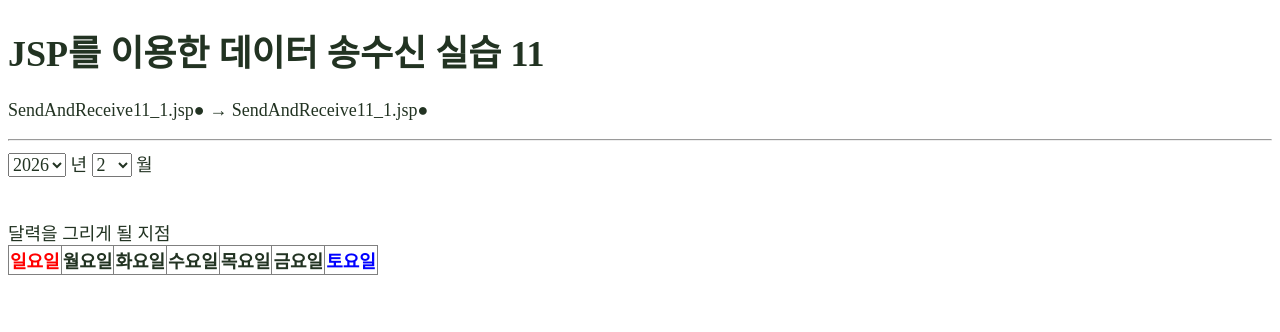
Repository: god5228god/Jsp
Page: http://localhost/WebApp06/SendAndReceive11_1.jsp
These files come from the project's save history. The page is drawn as it stood at one moment and after the next save; the edit follows.
The browser window is 1280 px wide. The pictures show the whole page.
The page is served by Tomcat 9.

Above is the page before, as saved 2026-03-04 05:23:07.

After the next save:
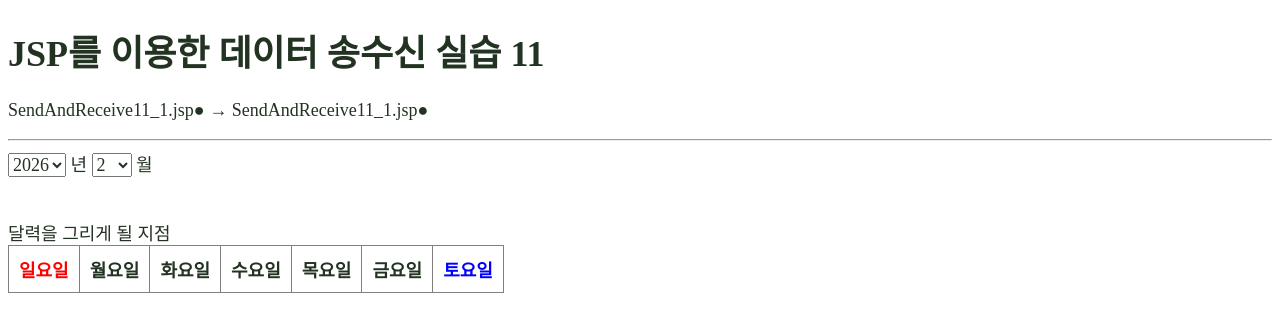
Saved 22 s later.
--- a/WebApp06/WebContent/SendAndReceive11_1.jsp
+++ b/WebApp06/WebContent/SendAndReceive11_1.jsp
@@ -169,7 +169,7 @@
 <link rel="stylesheet" type="text/css" href="css/main.css" />
 <style type="text/css">
 table{border-collapse: collapse;}
-td{text-align: center; padding: 10px;}
+tr>*{text-align: center; padding: 10px;}
 td.now{background-color: aqua; font-weight: bold;}
 .sat{color: blue;}
 .sun{color: red;}
